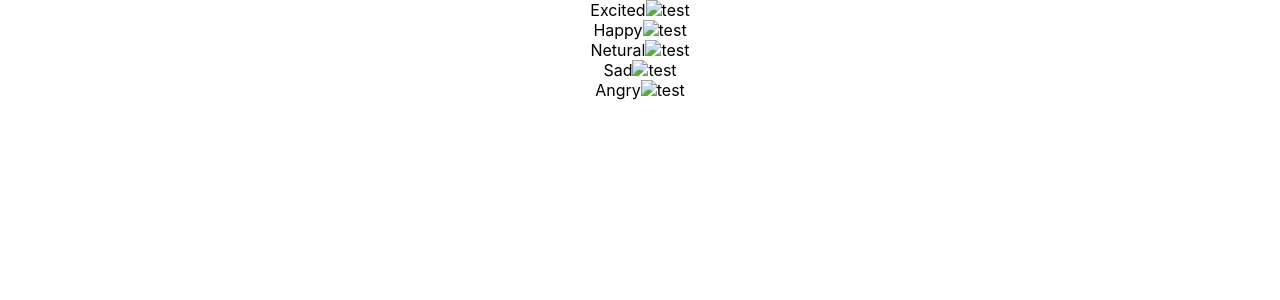
Repository: majakesin/moodify-app
Page: /
The author's editor kept a copy of each file at every save. The page is drawn from the files as they stood at one save, then again after the next save.
The browser window is 1280 px wide. The pictures show the whole page.
The project was rebuilt for these pictures with package versions that can differ from the ones it lists, and the page was loaded fresh each time.

Above is the page before, as saved 2023-08-21 11:12:14.

### public/index.html
<!DOCTYPE html>
<html lang="en">
  <head>
    <meta charset="utf-8" />
    <link rel="icon" href="%PUBLIC_URL%/logo.svg" />
    <meta name="viewport" content="width=device-width, initial-scale=1" />
    <meta name="theme-color" content="#000000" />
    <meta
      name="description"
      content="Moodify -- App that gives yours ears the best music based on your mood"
    />
    <link rel="apple-touch-icon" href="%PUBLIC_URL%/logo.svg" />
    <!--
      manifest.json provides metadata used when your web app is installed on a
      user's mobile device or desktop. See https://developers.google.com/web/fundamentals/web-app-manifest/
    -->
    <link rel="manifest" href="%PUBLIC_URL%/manifest.json" />
    <!--
      Notice the use of %PUBLIC_URL% in the tags above.
      It will be replaced with the URL of the `public` folder during the build.
      Only files inside the `public` folder can be referenced from the HTML.

      Unlike "/favicon.ico" or "favicon.ico", "%PUBLIC_URL%/favicon.ico" will
      work correctly both with client-side routing and a non-root public URL.
      Learn how to configure a non-root public URL by running `npm run build`.
    -->
    <title>Moodify</title>
  </head>
  <body>
    <noscript>You need to enable JavaScript to run this app.</noscript>
    <div id="root"></div>
    <!--
      This HTML file is a template.
      If you open it directly in the browser, you will see an empty page.

      You can add webfonts, meta tags, or analytics to this file.
      The build step will place the bundled scripts into the <body> tag.

      To begin the development, run `npm start` or `yarn start`.
      To create a production bundle, use `npm run build` or `yarn build`.
    -->
  </body>
</html>

### src/App.js
import './App.css';
import {moods}  from 'src/data/moods'
import Mood from './components/Mood';

function App() {
  return (
    <div className="App">
      {moods.map(({type,icon}) => {
        return (<Mood type={type} icon={icon} />)
      })}
    </div>
  );
}

export default App;

### src/data/moods.js
import { ReactComponent as Happy } from 'src/images/happy.svg';
import { ReactComponent as Angry } from 'src/images/angry.svg';
import { ReactComponent as Excited } from 'src/images/excited.svg';
import { ReactComponent as Neutral } from 'src/images/neutral.svg';
import { ReactComponent as Sad } from 'src/images/sad.svg';


export const moods = [
    {
        type: 'Excited',
        Icon: Excited,
    },
    {
        type: 'Happy',
        Icon: Happy ,
    },
    {
        type: 'Netural',
        Icon: Neutral,
    },
    {
        type: 'Sad',
        Icon: Sad,
    },
    {
        type: 'Angry',
        Icon: Angry,
    }
]

### src/components/Mood/index.jsx

const Mood = (props) => {

    const {type, icon} = props;

    return (
        <div>
            {type}
            <img src={icon} alt ='test' />
        </div>
    )
};

export default Mood;

Loaded but not shown: src/index.js (common file); src/index.css (common file); src/reportWebVitals.js (common file); src/App.css (common file)

After the next save:
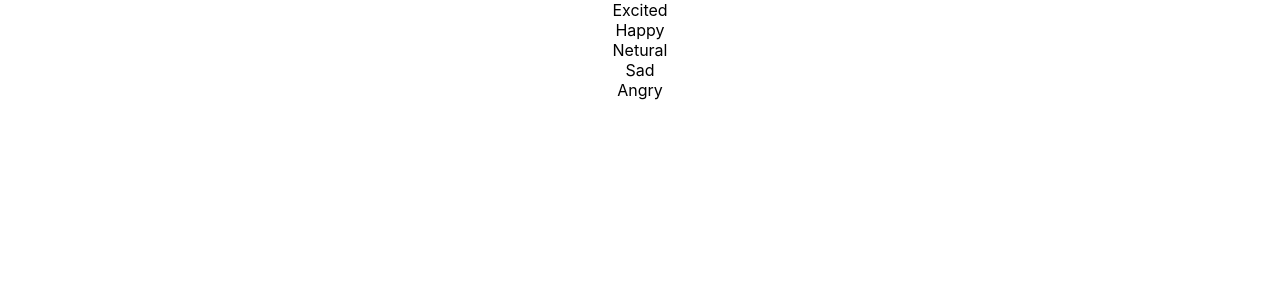
Saved 25 s later.
--- a/src/components/Mood/index.jsx
+++ b/src/components/Mood/index.jsx
@@ -1,12 +1,12 @@
 
 const Mood = (props) => {
 
-    const {type, icon} = props;
+    const {type, Icon} = props;
 
     return (
         <div>
             {type}
-            <img src={icon} alt ='test' />
+
         </div>
     )
 };

After the 2 saves that followed:
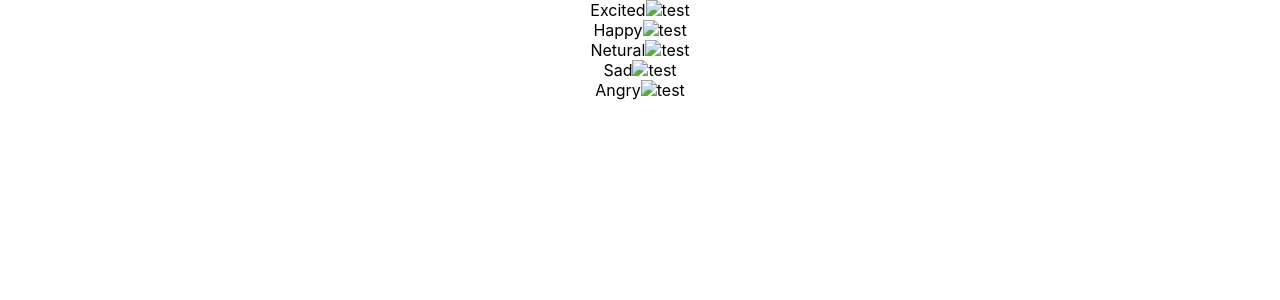
The 2 saves are shown as one change because 1 did not build or start.
The last was saved 37 s later.
--- a/src/components/Mood/index.jsx
+++ b/src/components/Mood/index.jsx
@@ -1,12 +1,12 @@
 
 const Mood = (props) => {
 
-    const {type, Icon} = props;
+    const {type, icon} = props;
 
     return (
         <div>
             {type}
-
+            <img src={icon} alt ='test' />
         </div>
     )
 };
